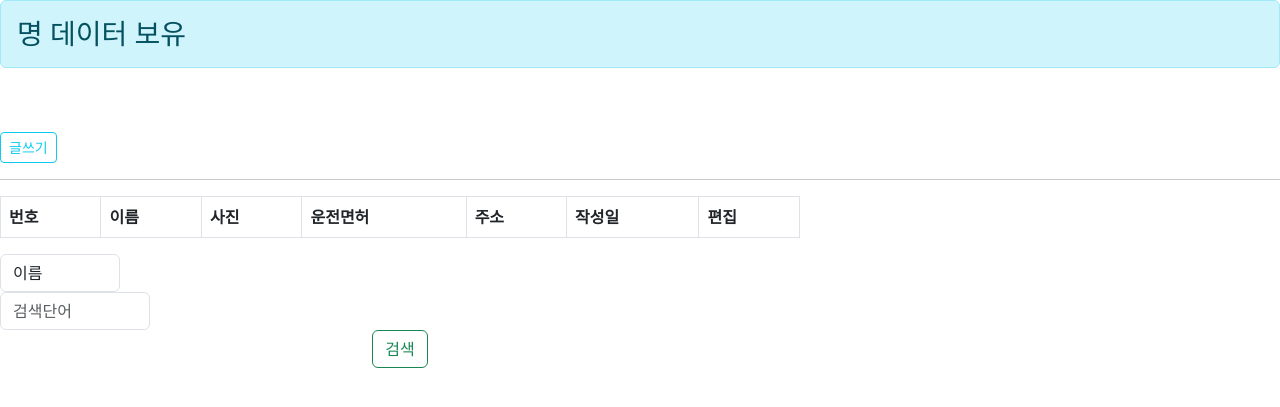
Repository: ssung2sin/sist0615_spring
Page: http://localhost/SpringMvcFileUpload8/WEB-INF/info/infoList.jsp
These files come from the project's save history. The page is drawn as it stood at one moment and after the next save; the edit follows.
The browser window is 1280 px wide. The pictures show the whole page.
Some web fonts or font styles are not loaded; a fallback is used. The page is served by Tomcat 9. Nobody is signed in. Other server files are loaded and not shown. The template is opened directly, without the code that normally fills it, so the values that code supplies are empty.

Above is the page before, as saved 2023-10-16 01:08:20.

### SpringMvcFileUpload8/src/main/webapp/WEB-INF/info/infoList.jsp
<%@ page language="java" contentType="text/html; charset=UTF-8"
    pageEncoding="UTF-8"%>
<%@ taglib uri="http://java.sun.com/jsp/jstl/core" prefix="c"%>
<%@ taglib uri="http://java.sun.com/jsp/jstl/fmt" prefix="fmt"%>
<!DOCTYPE html>
<html>
<head>
<meta charset="UTF-8">
<link href="https://cdn.jsdelivr.net/npm/bootstrap@5.3.0/dist/css/bootstrap.min.css" rel="stylesheet">
<link href="https://fonts.googleapis.com/css2?family=Dongle:wght@300&family=Gaegu:wght@300&family=Nanum+Pen+Script&family=Sunflower:wght@300&display=swap" rel="stylesheet">
<script src="https://code.jquery.com/jquery-3.7.0.js"></script>
<title>Insert title here</title>
</head>
<body>
<h3 class="alert alert-info">${count }명 데이터 보유</h3>
<br><br>
<button type="button" class="btn btn-outline-info btn-sm"
onclick="location.href='addform'">글쓰기</button>

<hr>
<table class="table table-bordered" style="width: 800px;">
	<tr>
		<th>번호</th>
		<th>이름</th>
		<th>사진</th>
		<th>운전면허</th>
		<th>주소</th>
		<th>작성일</th>
		<th>편집</th>
	</tr>
	<c:forEach var="dto" items="${list }" varStatus="i">
	<tr align="center">
		<td>${i.count }</td>
		<td>${dto.name }</td>
		<c:if test="${dto.photo=='no' }">
		<td><img alt="" src="../photo/no.png" style="width: 75px;"> </td>
		</c:if>
		<c:if test="${dto.photo!='no' }">
		<td><img alt="" src="../photo/${dto.photo }" style="width: 75px;"> </td>
		</c:if>
		<td>${dto.driver }</td>
		<td>${dto.addr }</td>
		<td><fmt:formatDate value="${dto.gaipday }" pattern="yyyy-MM-dd HH:mm"/></td>
		<td>
			<button type="button" class="btn btn-outline-warning btn-sm"
			onclick="location.href='updateform?num=${dto.num}'">수정</button>
			<button type="button" class="btn btn-outline-danger btn-sm"
			onclick="location.href='delete?num=${dto.num}'">삭제</button>
		</td>
	</tr>
	</c:forEach>
</table>

<div style="width: 800px; text-align: center">
	<form action="list" class="">
		<select name="title" class="form-control" style="width: 120px;">
			<option value="name" ${title=='name'?"selected":"" }>이름</option>
			<option value="addr" ${title=='addr'?"selected":"" }>주소</option>
			<option value="driver" ${title=='driver'?"selected":"" }>운전면허</option>
		</select>
		<input type="text" name="search" class="form-control"
		placeholder="검색단어" style="width: 150px;" ${search }>

		<button type="submit" class="btn btn-outline-success">검색</button>
	</form>

</div>
</body>
</html>

After the next save:
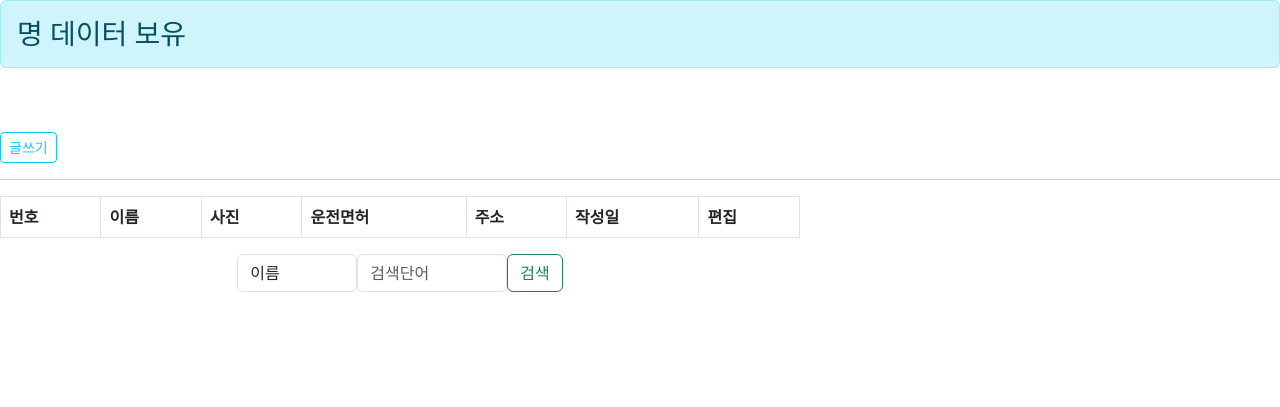
Saved 51 s later.
--- a/SpringMvcFileUpload8/src/main/webapp/WEB-INF/info/infoList.jsp
+++ b/SpringMvcFileUpload8/src/main/webapp/WEB-INF/info/infoList.jsp
@@ -52,7 +52,7 @@ onclick="location.href='addform'">글쓰기</button>
 </table>
 
 <div style="width: 800px; text-align: center">
-	<form action="list" class="">
+	<form action="list" class="d-inline-flex">
 		<select name="title" class="form-control" style="width: 120px;">
 			<option value="name" ${title=='name'?"selected":"" }>이름</option>
 			<option value="addr" ${title=='addr'?"selected":"" }>주소</option>
